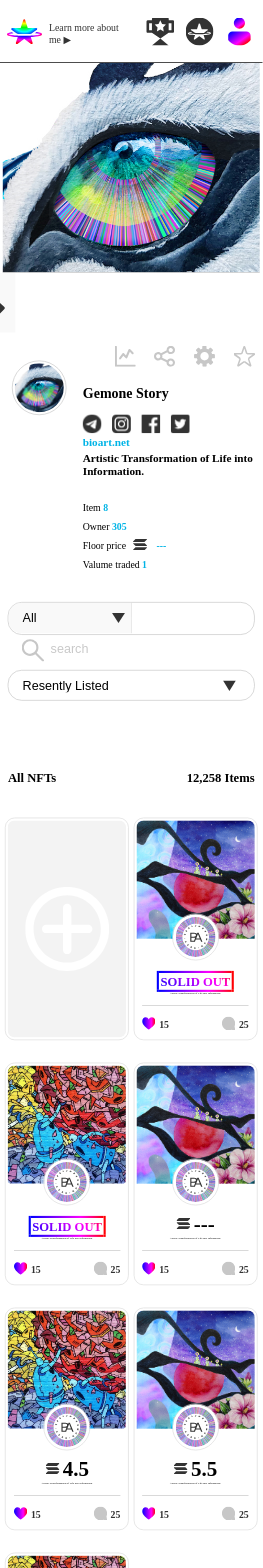
Repository: superHotBob/bioart
Page: /myplanets
An editor plug-in stored every save of this project. The page is shown before and after the next save, followed by the edit.
The browser window is 375 px wide. The pictures show the part of the page from y = 0 to 2240 px (the page is 2861 px tall), at 70% of full size.
Some web fonts or font styles are not loaded; a fallback is used. The project was rebuilt for these pictures with package versions that can differ from the ones it lists, and the page was loaded fresh each time. Some packages were replaced by stand-ins written for this rebuild. The framework's server and built-in components were replaced by stand-ins that run in the browser. Also part of the build but not shown: next.config.js.

Above is the page before, as saved 2022-04-05 15:10:58.

After the next save:
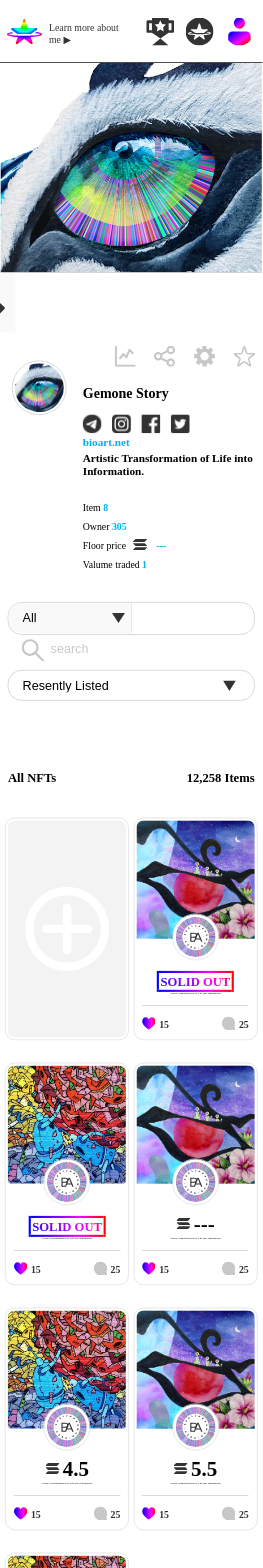
Saved 68 s later.
--- a/pages/myplanets.js
+++ b/pages/myplanets.js
@@ -884,8 +884,8 @@ export default function Explore() {
             .header__image {
               background: url("/planet_top_bg.jpg") center / cover no-repeat;
               height: 300px;
-              width: 104%;
-              margin: 0 -2%;
+              width: 106%;
+              margin: 0 -3%;
               border-bottom: 1px solid #c9c9c9;
             }
             .selectBlock,
